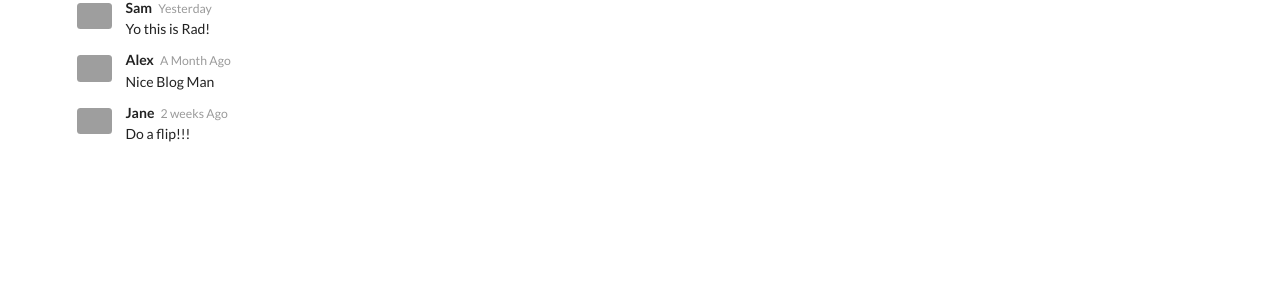
Repository: geedtd/udemyreact
Page: /
These files come from the project's save history. The page is drawn as it stood at one moment and after the next save; the edit follows.
The browser window is 1280 px wide. The pictures show the whole page.
Pictures or frames that could not be fetched are drawn as grey boxes. The project was rebuilt for these pictures with package versions that can differ from the ones it lists, and the page was loaded fresh each time.

Above is the page before, as saved 2020-03-18 02:16:13.

After the next save:
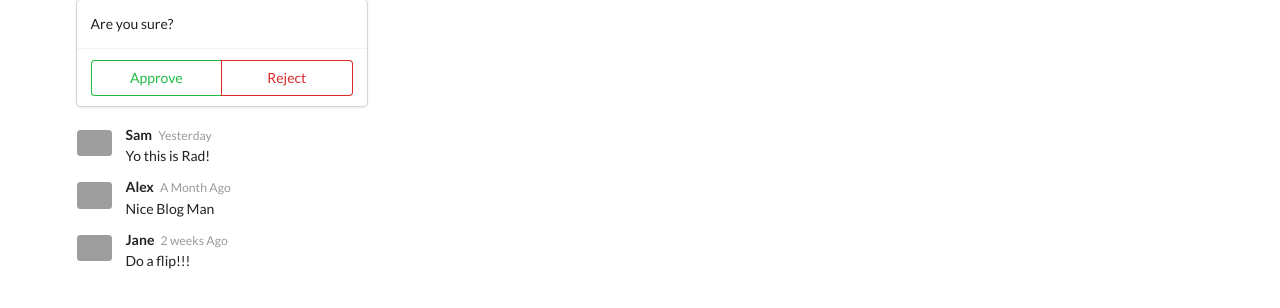
Saved 2 min 0 s later.
--- a/src/index.js
+++ b/src/index.js
@@ -2,10 +2,12 @@ import React from 'react';
 import ReactDOM from 'react-dom';
 import faker from 'faker';
 import CommentDetail from './CommentDetail';
+import ApprovalCard from './ApprovalCard';
 
 const App = () => {
     return (
         <div className="ui container comments">
+            <ApprovalCard />
             <CommentDetail
             author="Sam"
             timeAgo="Yesterday"
